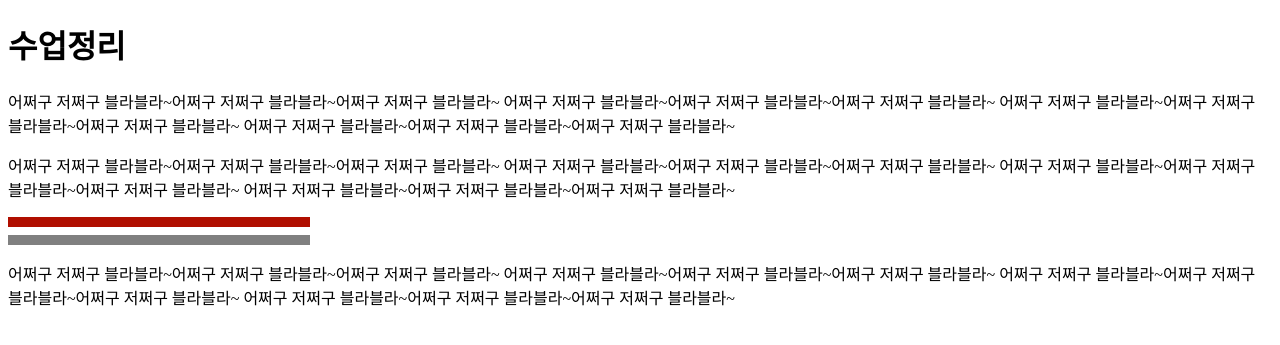
Repository: sujin9335/Front-end
Page: ClientTest/src/main/webapp/html/ex08_hr.html
The author's editor kept a copy of each file at every save. The page is drawn from the files as they stood at one save, then again after the next save.
The browser window is 1280 px wide. The pictures show the whole page.

Above is the page before, as saved 2023-09-20 01:26:11.

After the next save:
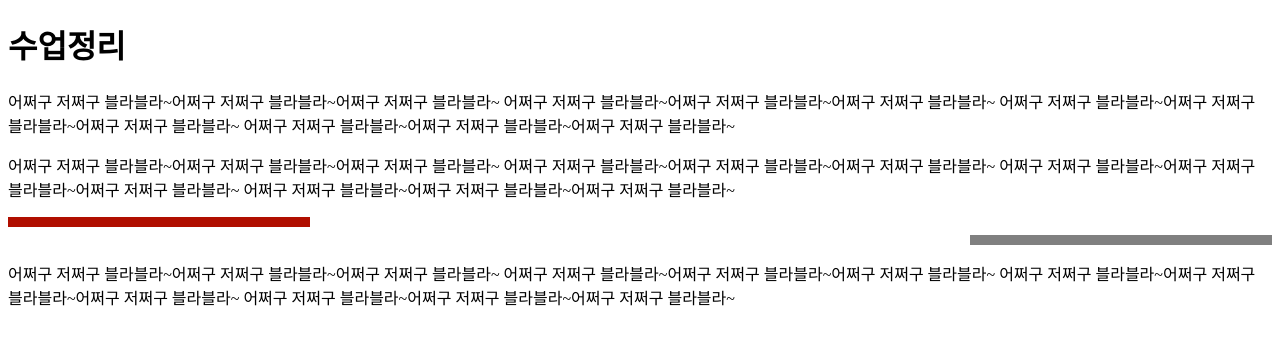
Saved 22 s later.
--- a/ClientTest/src/main/webapp/html/ex08_hr.html
+++ b/ClientTest/src/main/webapp/html/ex08_hr.html
@@ -65,7 +65,7 @@
 	어쩌구 저쩌구 블라블라~어쩌구 저쩌구 블라블라~어쩌구 저쩌구 블라블라~</p>
 
 	<hr size="10" width="300" align="left" color="bule">
-	<hr size="10" width="300" align="left" noshade>
+	<hr size="10" width="300" align="right" noshade title="수평바입니다">
 
 	<p>어쩌구 저쩌구 블라블라~어쩌구 저쩌구 블라블라~어쩌구 저쩌구 블라블라~
 	어쩌구 저쩌구 블라블라~어쩌구 저쩌구 블라블라~어쩌구 저쩌구 블라블라~
